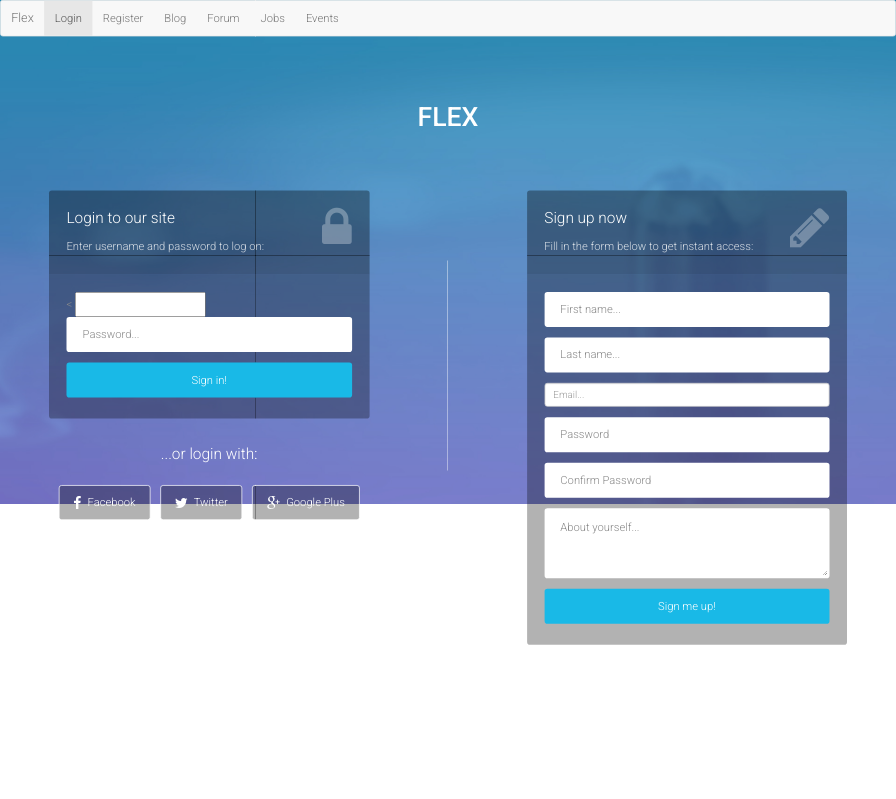
Repository: Angelamritha2012/Flex
Page: Collaboration/WebContent/index.html
An editor plug-in stored every save of this project. The page is shown before and after the next save, followed by the edit.
The browser window is 1280 px wide. The pictures show the whole page, at 70% of full size.
Some web libraries are served in a nearby version.

Above is the page before, as saved 2017-11-30 10:19:14.

### Collaboration/WebContent/index.html
<!DOCTYPE html>
<html ng-app="">

    <head>
   <!--  <link rel="stylesheet" href="https://cdnjs.cloudflare.com/ajax/libs/materialize/0.100.2/css/materialize.min.css">

  Compiled and minified JavaScript

   <script src="https://cdnjs.cloudflare.com/ajax/libs/materialize/0.100.2/js/materialize.min.js"></script>
            -->
      <script src = "http://ajax.googleapis.com/ajax/libs/angularjs/1.3.14/angular.min.js"></script>

        <meta charset="utf-8">
        <meta http-equiv="X-UA-Compatible" content="IE=edge">
        <meta name="viewport" content="width=device-width, initial-scale=1">
        <title>FLEX</title>

        <!-- CSS -->
        <link rel="stylesheet" href="http://fonts.googleapis.com/css?family=Roboto:400,100,300,500">
        <link rel="stylesheet" href="assets/bootstrap/css/bootstrap.min.css">
        <link rel="stylesheet" href="assets/font-awesome/css/font-awesome.min.css">
		<link rel="stylesheet" href="assets/css/form-elements.css">
        <link rel="stylesheet" href="assets/css/style.css">

        <!-- HTML5 Shim and Respond.js IE8 support of HTML5 elements and media queries -->
        <!-- WARNING: Respond.js doesn't work if you view the page via file:// -->
        <!--[if lt IE 9]>
            <script src="https://oss.maxcdn.com/libs/html5shiv/3.7.0/html5shiv.js"></script>
            <script src="https://oss.maxcdn.com/libs/respond.js/1.4.2/respond.min.js"></script>
        <![endif]-->

        <!-- Favicon and touch icons -->
        <link rel="shortcut icon" href="assets/ico/favicon.png">
        <link rel="apple-touch-icon-precomposed" sizes="144x144" href="assets/ico/apple-touch-icon-144-precomposed.png">
        <link rel="apple-touch-icon-precomposed" sizes="114x114" href="assets/ico/apple-touch-icon-114-precomposed.png">
        <link rel="apple-touch-icon-precomposed" sizes="72x72" href="assets/ico/apple-touch-icon-72-precomposed.png">
        <link rel="apple-touch-icon-precomposed" href="assets/ico/apple-touch-icon-57-precomposed.png">

    </head>

    <body>

<nav class="navbar navbar-default">
  <div class="container-fluid">
    <div class="navbar-header">
      <a class="navbar-brand" href="#">Flex</a>
    </div>
    <ul class="nav navbar-nav">
      <li class="active"><a href="#">Login</a></li>
      <li><a href="#">Register</a></li>
      <li><a href="blog.html">Blog</a></li>
      <li><a href="forum.html">Forum</a></li>
	        <li><a href="job.html">Jobs</a></li>
	        <li><a href="event.html">Events</a></li>

    </ul>
  </div>
</nav>

        <!-- Top content -->
        <div class="top-content">

            <div class="inner-bg">
                <div class="container">

                    <div class="row">
                        <div class="col-sm-8 col-sm-offset-2 text">
                            <h1><strong>FLEX</strong></h1>

                        </div>
                    </div>

                    <div class="row">
                        <div class="col-sm-5">

                        	<div class="form-box">
	                        	<div class="form-top">
	                        		<div class="form-top-left">
	                        			<h3>Login to our site</h3>
	                            		<p>Enter username and password to log on:</p>
	                        		</div>
	                        		<div class="form-top-right">
	                        			<i class="fa fa-lock"></i>
	                        		</div>
	                            </div>
	                            <div class="form-bottom">
	                            <form  ng-app="myApp" ng-submit="submitForm()" novalidate>

				                    <<!-- div class="form-group">
				                    		<label class="sr-only" for="form-username">Username</label>
				                        	<input type="text" name="form-username" placeholder="Username..." class="form-username form-control" id="form-username">
				                        </div>	 -->
				                        <input type="email" name="email" ng-model="email" required>
  <span style="color:red" ng-show="myForm.email.$dirty && myForm.email.$invalid">
  <span ng-show="myForm.email.$error.required">Email is required.</span>
  <span ng-show="myForm.email.$error.email">Invalid email address.</span>
  </span>


				                        <div class="form-group">
				                        	<label class="sr-only" for="form-password">Password</label>
				                        	<input type="password" name="form-password" placeholder="Password..." class="form-password form-control" id="form-password">
				                        </div>
				                        <button type="submit" class="btn">Sign in!</button>
				                    </form>
			                    </div>
		                    </div>

		                	<div class="social-login">
	                        	<h3>...or login with:</h3>
	                        	<div class="social-login-buttons">
		                        	<a class="btn btn-link-2" href="#">
		                        		<i class="fa fa-facebook"></i> Facebook
		                        	</a>
		                        	<a class="btn btn-link-2" href="#">
		                        		<i class="fa fa-twitter"></i> Twitter
		                        	</a>
		                        	<a class="btn btn-link-2" href="#">
		                        		<i class="fa fa-google-plus"></i> Google Plus
		                        	</a>
	                        	</div>
	                        </div>

                        </div>
                        <div class="col-sm-1 middle-border"></div>
                        <div class="col-sm-1"></div>

                        <div class="col-sm-5">

                        	<div class="form-box">
                        		<div class="form-top">
	                        		<div class="form-top-left">
	                        			<h3>Sign up now</h3>
	                            		<p>Fill in the form below to get instant access:</p>
	                        		</div>
	                        		<div class="form-top-right">
	                        			<i class="fa fa-pencil"></i>
	                        		</div>
	                            </div>
	                            <div class="form-bottom">

<form name="userForm" ng-submit="submitForm()" novalidate>
				                    	<!-- <div class="form-group">
				                    		<!-- <label class="sr-only" for="form-first-name">First name</label>
				                        	<input type="text" name="first-name" placeholder="First name..." class="form-first-name form-control" id="form-first-name" ng-model = "firstName" required>
				                        	  <span style="color:red" ng-show="myForm.firstname.$dirty && myForm.firstname.$invalid">
  <span ng-show="myForm.firstname.$error.required">firstname is required.</span>
  </span>
				                       <input name = "firstname" type = "text" ng-model = "firstName" required>
                     <span style = "color:red" ng-show = "studentForm.firstname.$dirty && studentForm.firstname.$invalid">
                        <span ng-show = "Form.firstname.$error.required">First Name is required.</span>
                     </span>
				                        </div>
				                        <label>First Name:</label>
<input type="text" name="FirstName" ng-model="firstName" required />
<div ng-messages="myForm.firstName.$error">
  <div ng-message="required">This field is required</div>
</div>
				                        </div>
				                         -->
				                         <div class="form-group" ng-class="{ 'has-error' : userForm.name.$invalid && !userForm.name.$pristine }">
				                        	<label class="sr-only" for="form-firstname">First name</label>

            <input type="text" name="name" class="form-control" placeholder="First name..."ng-model="user.name" required>

            <p style="color:white" ng-show="userForm.name.$invalid && !userForm.name.$pristine" class="help-block">You first name is required.</p>
        </div>

				                       <div class="form-group" ng-class="{ 'has-error' : userForm.name.$invalid && !userForm.name.$pristine }">
				                        	<label class="sr-only" for="form-lastname">Last name</label>

            <input type="text" name="lastname" class="form-control" placeholder="Last name..."ng-model="user.lastname" required>

            <p style="color:white" ng-show="userForm.lastname.$invalid && !userForm.lastname.$pristine" class="help-block">You last name is required.</p>
        </div>
				                         <div class="form-group" ng-class="{ 'has-error' : userForm.email.$invalid && !userForm.email.$pristine }">
				                        	<label class="sr-only" for="form-email">Email</label>

            <input type="email" name="email" class="form-control" placeholder="Email..." ng-model="user.email" required >
              <span style="color:white" ng-show="userForm.email.$dirty && userForm.email.$invalid">

<span ng-show="userForm.email.$error.required">Email is required.</span>
  <span ng-show="userForm.email.$error.email">Invalid email address.</span>
  </span>
        </div>

										 <!-- <div class="form-group">
				                        	<label class="sr-only" for="password">PassWord</label>
				                        	<input type="text" name="form-password" placeholder="Password" class="form-password form-control" id="form-password">
				                        </div>

										<div class="form-group">
				                        	<label class="sr-only" for="confirm password">Confirm PassWord</label>
				                        	<input type="text" name="form-confirm-password" placeholder="Confirm Password" class="form-confirm-password form-control" id="form-confirm-password">
				                        </div> -->
				                         <div class="form-group">
        <input name="password" type="password" class="form-control" placeholder="Password" ng-model="formData.password" ng-pattern="/(?=.*[a-z])(?=.*[A-Z])(?=.*[^a-zA-Z])/" required />
        <span style="color:white" ng-show="!userForm.password.$error.required &&  userForm.password.$error.pattern && userForm.password.$dirty">Must contain one lower &amp; uppercase letter, and one non-alpha character (a number or a symbol.)</span>
      </div>
      <div class="form-group">
        <input name="confirm_password" type="password" class="form-control" placeholder="Confirm Password" ng-model="formData.confirmPassword" ng-pattern="formData.password" required />
        <span style="color:white" ng-show="formData.password != formData.confirmPassword">Your passwords must match.</span>
      </div>
      <div>


				                        <div class="form-group">
				                        	<label class="sr-only" for="form-about-yourself">About yourself</label>
				                        	<textarea name="form-about-yourself" placeholder="About yourself..."
				                        				class="form-about-yourself form-control" id="form-about-yourself"></textarea>
				                        </div>
				                        <button type="submit" class="btn" ng-disabled="formData.password != formData.confirmPassword" ng-click="createUser()">Sign me up!</button>
				                    </form>

			                    </div>
                        	</div>

                        </div>
                    </div>

                </div>
            </div>

        </div>

        <!-- Footer -->
        <footer>
        	<div class="container">
        		<div class="row">

        			<div class="col-sm-8 col-sm-offset-2">
        				<div class="footer-border"></div>
        				<p>Made by Flex at <a href="http://azmind.com" target="_blank"><strong>FLEX</strong></a>
        					having a lot of fun. <i class="fa fa-smile-o"></i></p>
        			</div>

        		</div>
        	</div>
        </footer>

        <!-- Javascript -->
        <script src="assets/js/jquery-1.11.1.min.js"></script>
        <script src="assets/bootstrap/js/bootstrap.min.js"></script>
        <script src="assets/js/jquery.backstretch.min.js"></script>
        <script src="assets/js/scripts.js"></script>

        <!--[if lt IE 10]>
            <script src="assets/js/placeholder.js"></script>
        <![endif]-->

</body>
</html>

### Collaboration/WebContent/assets/css/form-elements.css

input[type="text"],
input[type="password"],
textarea,
textarea.form-control {
	height: 50px;
    margin: 0;
    padding: 0 20px;
    vertical-align: middle;
    background: #fff;
    border: 3px solid #fff;
    font-family: 'Roboto', sans-serif;
    font-size: 16px;
    font-weight: 300;
    line-height: 50px;
    color: #888;
    -moz-border-radius: 4px; -webkit-border-radius: 4px; border-radius: 4px;
    -moz-box-shadow: none; -webkit-box-shadow: none; box-shadow: none;
    -o-transition: all .3s; -moz-transition: all .3s; -webkit-transition: all .3s; -ms-transition: all .3s; transition: all .3s;
}

textarea,
textarea.form-control {
	padding-top: 10px;
	padding-bottom: 10px;
	line-height: 30px;
}

input[type="text"]:focus,
input[type="password"]:focus,
textarea:focus,
textarea.form-control:focus {
	outline: 0;
	background: #fff;
    border: 3px solid #fff;
    -moz-box-shadow: none; -webkit-box-shadow: none; box-shadow: none;
}

input[type="text"]:-moz-placeholder, input[type="password"]:-moz-placeholder,
textarea:-moz-placeholder, textarea.form-control:-moz-placeholder { color: #888; }

input[type="text"]:-ms-input-placeholder, input[type="password"]:-ms-input-placeholder,
textarea:-ms-input-placeholder, textarea.form-control:-ms-input-placeholder { color: #888; }

input[type="text"]::-webkit-input-placeholder, input[type="password"]::-webkit-input-placeholder,
textarea::-webkit-input-placeholder, textarea.form-control::-webkit-input-placeholder { color: #888; }



button.btn {
	height: 50px;
    margin: 0;
    padding: 0 20px;
    vertical-align: middle;
    background: #19b9e7;
    border: 0;
    font-family: 'Roboto', sans-serif;
    font-size: 16px;
    font-weight: 300;
    line-height: 50px;
    color: #fff;
    -moz-border-radius: 4px; -webkit-border-radius: 4px; border-radius: 4px;
    text-shadow: none;
    -moz-box-shadow: none; -webkit-box-shadow: none; box-shadow: none;
    -o-transition: all .3s; -moz-transition: all .3s; -webkit-transition: all .3s; -ms-transition: all .3s; transition: all .3s;
}

button.btn:hover { opacity: 0.6; color: #fff; }

button.btn:active { outline: 0; opacity: 0.6; color: #fff; -moz-box-shadow: none; -webkit-box-shadow: none; box-shadow: none; }

button.btn:focus { outline: 0; opacity: 0.6; background: #19b9e7; color: #fff; }

button.btn:active:focus, button.btn.active:focus { outline: 0; opacity: 0.6; background: #19b9e7; color: #fff; }

### Collaboration/WebContent/assets/css/style.css

body {
    font-family: 'Roboto', sans-serif;
    font-size: 16px;
    font-weight: 300;
    color: #888;
    line-height: 30px;
    text-align: center;
}

strong { font-weight: 500; }

a, a:hover, a:focus {
	color: #19b9e7;
	text-decoration: none;
    -o-transition: all .3s; -moz-transition: all .3s; -webkit-transition: all .3s; -ms-transition: all .3s; transition: all .3s;
}

h1, h2 {
	margin-top: 10px;
	font-size: 38px;
    font-weight: 100;
    color: #555;
    line-height: 50px;
}

h3 {
	font-size: 22px;
    font-weight: 300;
    color: #555;
    line-height: 30px;
}

img { max-width: 100%; }

::-moz-selection { background: #19b9e7; color: #fff; text-shadow: none; }
::selection { background: #19b9e7; color: #fff; text-shadow: none; }


.btn-link-1 {
	display: inline-block;
	height: 50px;
	margin: 5px;
	padding: 16px 20px 0 20px;
	background: #19b9e7;
	font-size: 16px;
    font-weight: 300;
    line-height: 16px;
    color: #fff;
    -moz-border-radius: 4px; -webkit-border-radius: 4px; border-radius: 4px;
}
.btn-link-1:hover, .btn-link-1:focus, .btn-link-1:active { outline: 0; opacity: 0.6; color: #fff; }

.btn-link-1.btn-link-1-facebook { background: #4862a3; }
.btn-link-1.btn-link-1-twitter { background: #55acee; }
.btn-link-1.btn-link-1-google-plus { background: #dd4b39; }

.btn-link-1 i {
	padding-right: 5px;
	vertical-align: middle;
	font-size: 20px;
	line-height: 20px;
}

.btn-link-2 {
	display: inline-block;
	height: 50px;
	margin: 5px;
	padding: 15px 20px 0 20px;
	background: rgba(0, 0, 0, 0.3);
	border: 1px solid #fff;
	font-size: 16px;
    font-weight: 300;
    line-height: 16px;
    color: #fff;
    -moz-border-radius: 4px; -webkit-border-radius: 4px; border-radius: 4px;
}
.btn-link-2:hover, .btn-link-2:focus,
.btn-link-2:active, .btn-link-2:active:focus { outline: 0; opacity: 0.6; background: rgba(0, 0, 0, 0.3); color: #fff; }

.btn-link-2 i {
	padding-right: 5px;
	vertical-align: middle;
	font-size: 20px;
	line-height: 20px;
}


/***** Top content *****/

.inner-bg {
    padding: 60px 0 80px 0;
}

.top-content .text {
	color: #fff;
}

.top-content .text h1 { color: #fff; }

.top-content .description {
	margin: 20px 0 10px 0;
}

.top-content .description p { opacity: 0.8; }

.top-content .description a {
	color: #fff;
}
.top-content .description a:hover,
.top-content .description a:focus { border-bottom: 1px dotted #fff; }

.form-box {
	margin-top: 70px;
}

.form-top {
	overflow: hidden;
	padding: 0 25px 15px 25px;
	background: #444;
	background: rgba(0, 0, 0, 0.35);
	-moz-border-radius: 4px 4px 0 0; -webkit-border-radius: 4px 4px 0 0; border-radius: 4px 4px 0 0;
	text-align: left;
}

.form-top-left {
	float: left;
	width: 75%;
	padding-top: 25px;
}

.form-top-left h3 { margin-top: 0; color: #fff; }
.form-top-left p { opacity: 0.8; color: #fff; }

.form-top-right {
	float: left;
	width: 25%;
	padding-top: 5px;
	font-size: 66px;
	color: #fff;
	line-height: 100px;
	text-align: right;
	opacity: 0.3;
}

.form-bottom {
	padding: 25px 25px 30px 25px;
	background: #444;
	background: rgba(0, 0, 0, 0.3);
	-moz-border-radius: 0 0 4px 4px; -webkit-border-radius: 0 0 4px 4px; border-radius: 0 0 4px 4px;
	text-align: left;
}

.form-bottom form textarea {
	height: 100px;
}

.form-bottom form button.btn {
	width: 100%;
}

.form-bottom form .input-error {
	border-color: #19b9e7;
}

.social-login {
	margin-top: 35px;
}

.social-login h3 {
	color: #fff;
}

.social-login-buttons {
	margin-top: 25px;
}

.middle-border {
	min-height: 300px;
	margin-top: 170px;
	border-right: 1px solid #fff;
	border-right: 1px solid rgba(255, 255, 255, 0.6);
}


/***** Footer *****/

footer {
	padding-bottom: 70px;
	color: #fff;
}

footer .footer-border {
	width: 200px;
	margin: 0 auto;
	padding-bottom: 30px;
	border-top: 1px solid #fff;
	border-top: 1px solid rgba(255, 255, 255, 0.6);
}

footer p { opacity: 0.8; }

footer a {
	color: #fff;
}
footer a:hover, footer a:focus { color: #fff; border-bottom: 1px dotted #fff; }


/***** Media queries *****/

@media (min-width: 992px) and (max-width: 1199px) {}

@media (min-width: 768px) and (max-width: 991px) {}

@media (max-width: 767px) {

	.middle-border { min-height: auto; margin: 65px 30px 0 30px; border-right: 0;
						border-top: 1px solid #fff; border-top: 1px solid rgba(255, 255, 255, 0.6); }

}

@media (max-width: 415px) {

	h1, h2 { font-size: 32px; }

}

/***pagination***/

.center {
    text-align: center;
}

.pagination {
    display: inline-block;
}

.pagination a {
    color: black;
    float: left;
    padding: 8px 16px;
    text-decoration: none;
    transition: background-color .3s;
    border: 1px solid #ddd;
    margin: 0 4px;
}

.pagination a.active {
    background-color: #4CAF50;
    color: white;
    border: 1px solid #4CAF50;
}

.pagination a:hover:not(.active) {background-color: #ddd;}
/* The Modal (background) */
.modal {
    display: none; /* Hidden by default */
    position: fixed; /* Stay in place */
    z-index: 1; /* Sit on top */
    left: 0;
    top: 0;
    width: 100%; /* Full width */
    height: 100%; /* Full height */
    overflow: auto; /* Enable scroll if needed */
    background-color: rgb(0,0,0); /* Fallback color */
    background-color: rgba(0,0,0,0.4); /* Black w/ opacity */
    padding-top: 60px;
}

/* Modal Content/Box */
.modal-content {
    background-color: #fefefe;
    margin: 5px auto; /* 15% from the top and centered */
    border: 1px solid #888;
    width: 80%; /* Could be more or less, depending on screen size */
}

/* The Close Button */
.close {
    /* Position it in the top right corner outside of the modal */
    position: absolute;
    right: 25px;
    top: 0;
    color: #000;
    font-size: 35px;
    font-weight: bold;
}

/* Close button on hover */
.close:hover,
.close:focus {
    color: red;
    cursor: pointer;
}

/* Add Zoom Animation */
.animate {
    -webkit-animation: animatezoom 0.6s;
    animation: animatezoom 0.6s
}

@-webkit-keyframes animatezoom {
    from {-webkit-transform: scale(0)}
    to {-webkit-transform: scale(1)}
}

@keyframes animatezoom {
    from {transform: scale(0)}
    to {transform: scale(1)}
}

/*
    Image credits:
    uifaces.com (http://uifaces.com/authorized)
*/

#login { display: none; }
.login,
.logout {
    position: absolute;
    top: -3px;
    right: 0;
}
.page-header { position: relative; }
.reviews {
    color: #555;
    font-weight: bold;
    margin: 10px auto 20px;
}
.notes {
    color: #999;
    font-size: 12px;
}
.media .media-object { max-width: 120px; }
.media-body { position: relative; }
.media-date {
    position: absolute;
    right: 25px;
    top: 25px;
}
.media-date li { padding: 0; }
.media-date li:first-child:before { content: ''; }
.media-date li:before {
    content: '.';
    margin-left: -2px;
    margin-right: 2px;
}
.media-comment { margin-bottom: 20px; }
.media-replied { margin: 0 0 20px 50px; }
.media-replied .media-heading { padding-left: 6px; }

.btn-circle {
    font-weight: bold;
    font-size: 12px;
    padding: 6px 15px;
    border-radius: 20px;
}
.btn-circle span { padding-right: 6px; }
.embed-responsive { margin-bottom: 20px; }
.tab-content {
    padding: 50px 15px;
    border: 1px solid #ddd;
    border-top: 0;
    border-bottom-right-radius: 4px;
    border-bottom-left-radius: 4px;
}
.custom-input-file {
    overflow: hidden;
    position: relative;
    width: 120px;
    height: 120px;
    background: #eee url('https://s3.amazonaws.com/uifaces/faces/twitter/walterstephanie/128.jpg');
    background-size: 120px;
    border-radius: 120px;
}
input[type="file"]{
    z-index: 999;
    line-height: 0;
    font-size: 0;
    position: absolute;
    opacity: 0;
    filter: alpha(opacity = 0);-ms-filter: "alpha(opacity=0)";
    margin: 0;
    padding:0;
    left:0;
}
.uploadPhoto {
    position: absolute;
    top: 25%;
    left: 25%;
    display: none;
    width: 50%;
    height: 50%;
    color: #fff;
    text-align: center;
    line-height: 60px;
    text-transform: uppercase;
    background-color: rgba(0,0,0,.3);
    border-radius: 50px;
    cursor: pointer;
}
.custom-input-file:hover .uploadPhoto { display: block; }

### Collaboration/WebContent/assets/js/scripts.js

jQuery(document).ready(function() {

    /*
        Fullscreen background
    */
    $.backstretch("assets/img/backgrounds/1.jpg");

    /*
        Login form validation
    */
    $('.login-form input[type="text"], .login-form input[type="password"], .login-form textarea').on('focus', function() {
    	$(this).removeClass('input-error');
    });

    $('.login-form').on('submit', function(e) {

    	$(this).find('input[type="text"], input[type="password"], textarea').each(function(){
    		if( $(this).val() == "" ) {
    			e.preventDefault();
    			$(this).addClass('input-error');
    		}
    		else {
    			$(this).removeClass('input-error');
    		}
    	});

    });

    /*
        Registration form validation
    */
    $('.registration-form input[type="text"], .registration-form textarea').on('focus', function() {
    	$(this).removeClass('input-error');
    });

    $('.registration-form').on('submit', function(e) {

    	$(this).find('input[type="text"], textarea').each(function(){
    		if( $(this).val() == "" ) {
    			e.preventDefault();
    			$(this).addClass('input-error');
    		}
    		else {
    			$(this).removeClass('input-error');
    		}
    	});

    });


});

Loaded but not shown: Collaboration/WebContent/assets/bootstrap/css/bootstrap.min.css (library); Collaboration/WebContent/assets/font-awesome/css/font-awesome.min.css (library); Collaboration/WebContent/assets/js/jquery-1.11.1.min.js (library); Collaboration/WebContent/assets/bootstrap/js/bootstrap.min.js (library); Collaboration/WebContent/assets/js/jquery.backstretch.min.js (library)

After the next save:
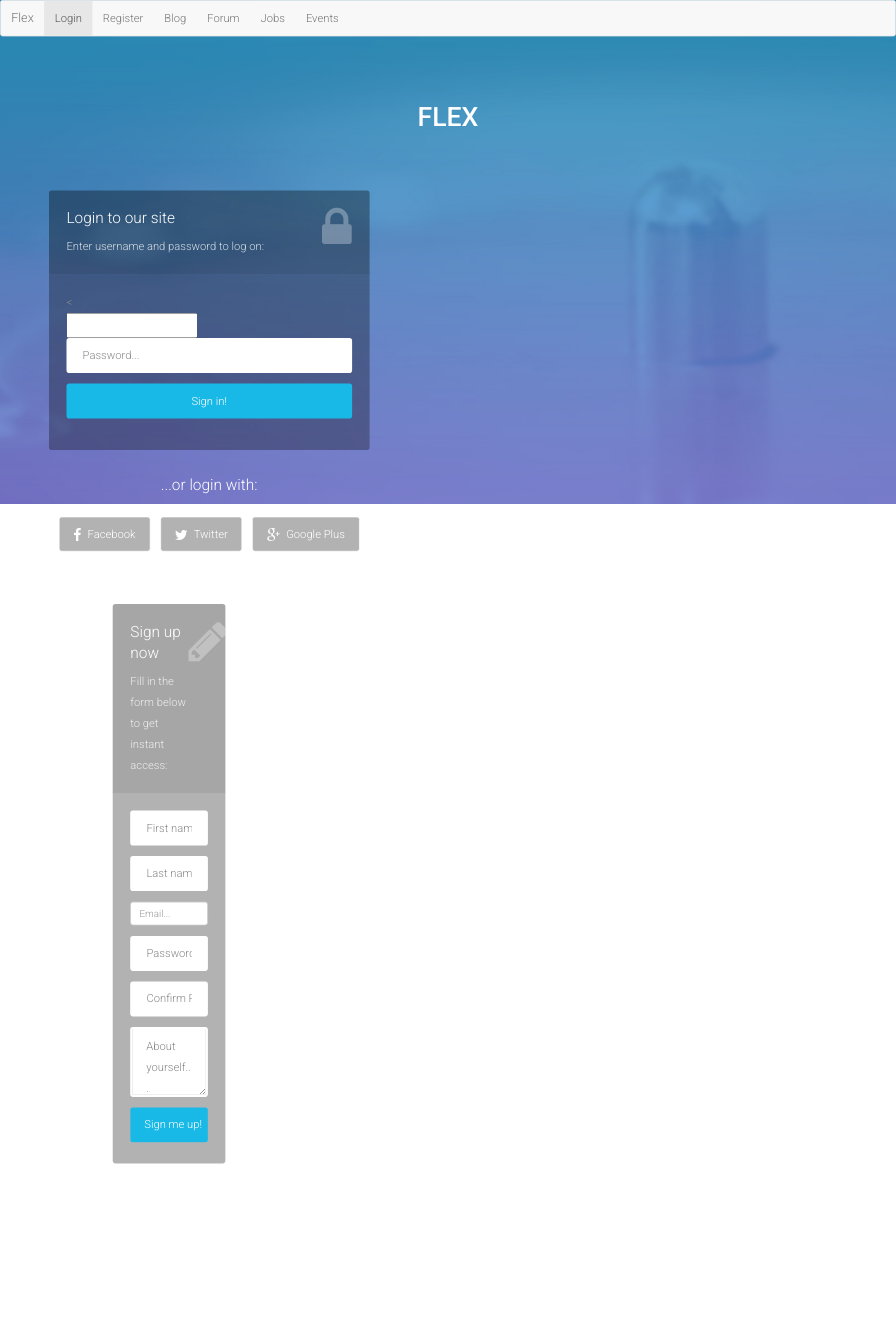
Saved 47 s later.
--- a/Collaboration/WebContent/index.html
+++ b/Collaboration/WebContent/index.html
@@ -90,6 +90,7 @@
 				                    		<label class="sr-only" for="form-username">Username</label>
 				                        	<input type="text" name="form-username" placeholder="Username..." class="form-username form-control" id="form-username">
 				                        </div>	 -->
+				                        <div class="form-group">
 				                        <input type="email" name="email" ng-model="email" required>
   <span style="color:red" ng-show="myForm.email.$dirty && myForm.email.$invalid">
   <span ng-show="myForm.email.$error.required">Email is required.</span>
